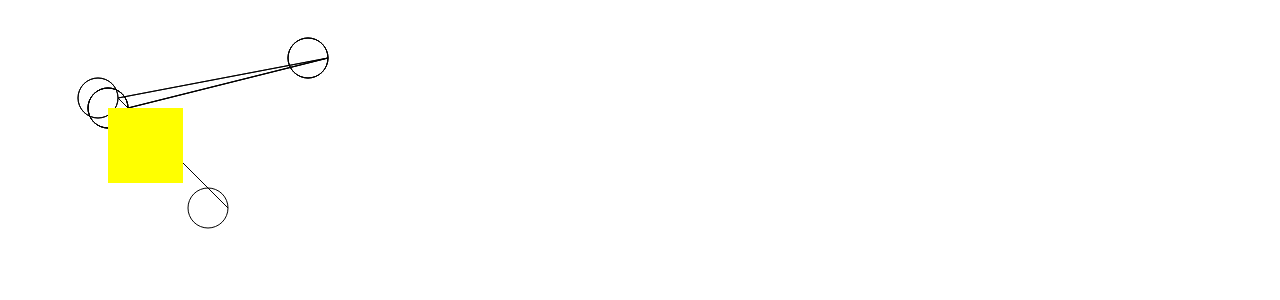
Repository: facio313/Python
Page: HELLO_PYTHON/day17/templates/canvas.html
These files come from the project's save history. The page is drawn as it stood at one moment and after the next save; the edit follows.
The browser window is 1280 px wide. The pictures show the whole page.

Above is the page before, as saved 2022-12-15 10:35:55.

After the next save:
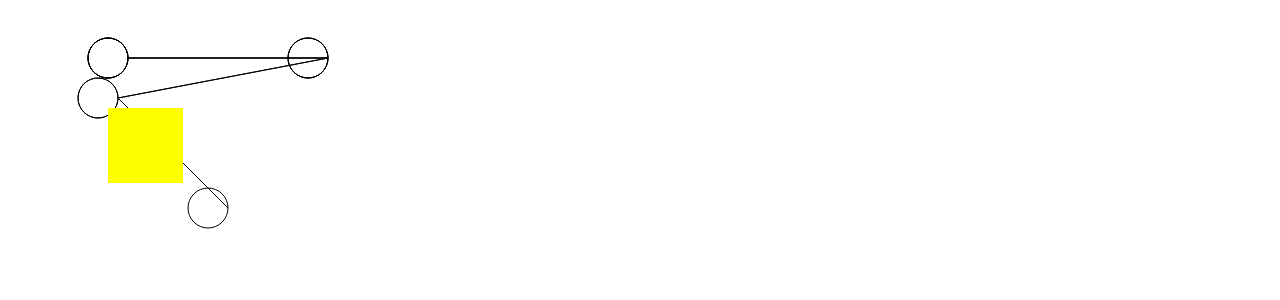
Saved 4 s later.
--- a/HELLO_PYTHON/day17/templates/canvas.html
+++ b/HELLO_PYTHON/day17/templates/canvas.html
@@ -10,7 +10,7 @@ function loader(){
 	var canvas = document.getElementById( "canvas" );   // canvas 객체
 	var ctx = canvas.getContext( "2d" );      // 2d canvas 획득
 
-	ctx.arc(100, 100, 20, 0, Math.PI*2, false );
+	ctx.arc(100, 50, 20, 0, Math.PI*2, false );
 	ctx.stroke();
 
 	ctx.arc(300, 50, 20, 0, Math.PI*2, false );
